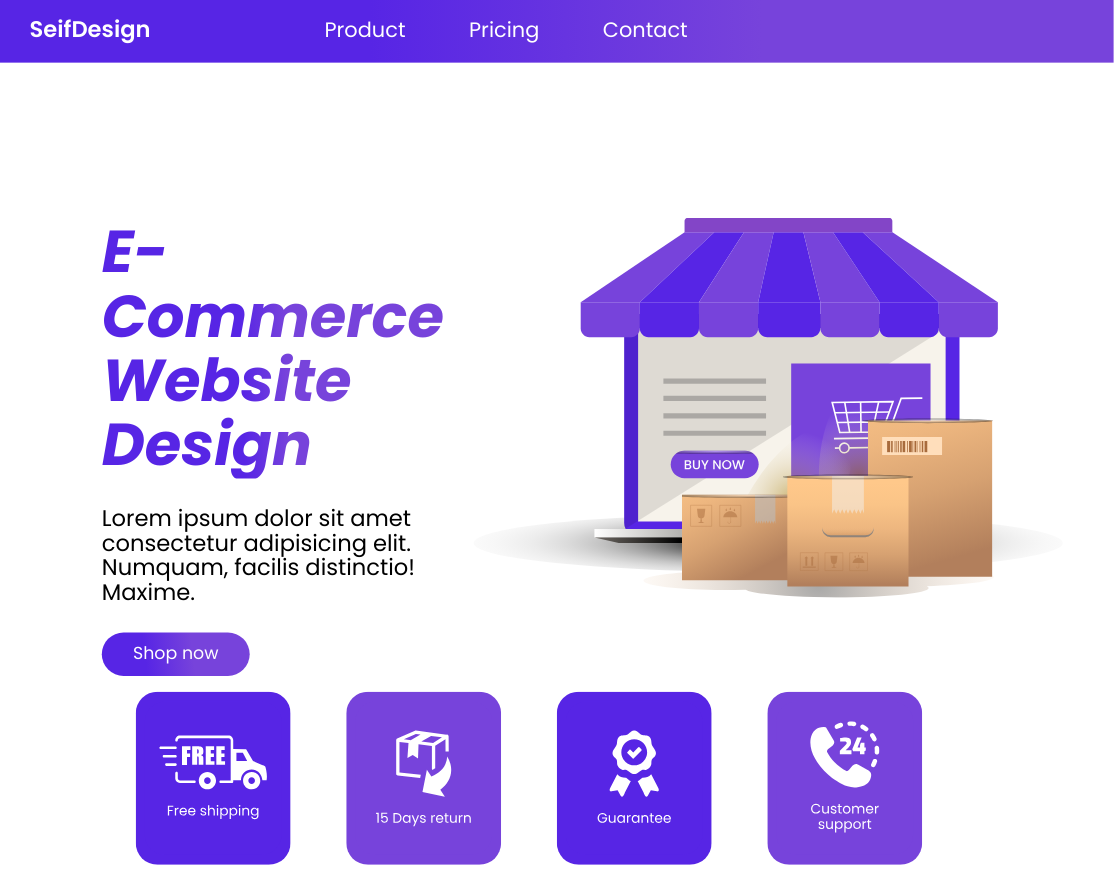
Repository: NatiqSamiyev/commers-desing-JS
Page: index.html
These files come from the project's save history. The page is drawn as it stood at one moment and after a run of saves; the edit follows.
The browser window is 1280 px wide. The pictures show the whole page, at 87% of full size.
Some web fonts or font styles are not loaded; a fallback is used.

Above is the page before, as saved 2023-11-06 11:24:24.

After the next 2 saves:
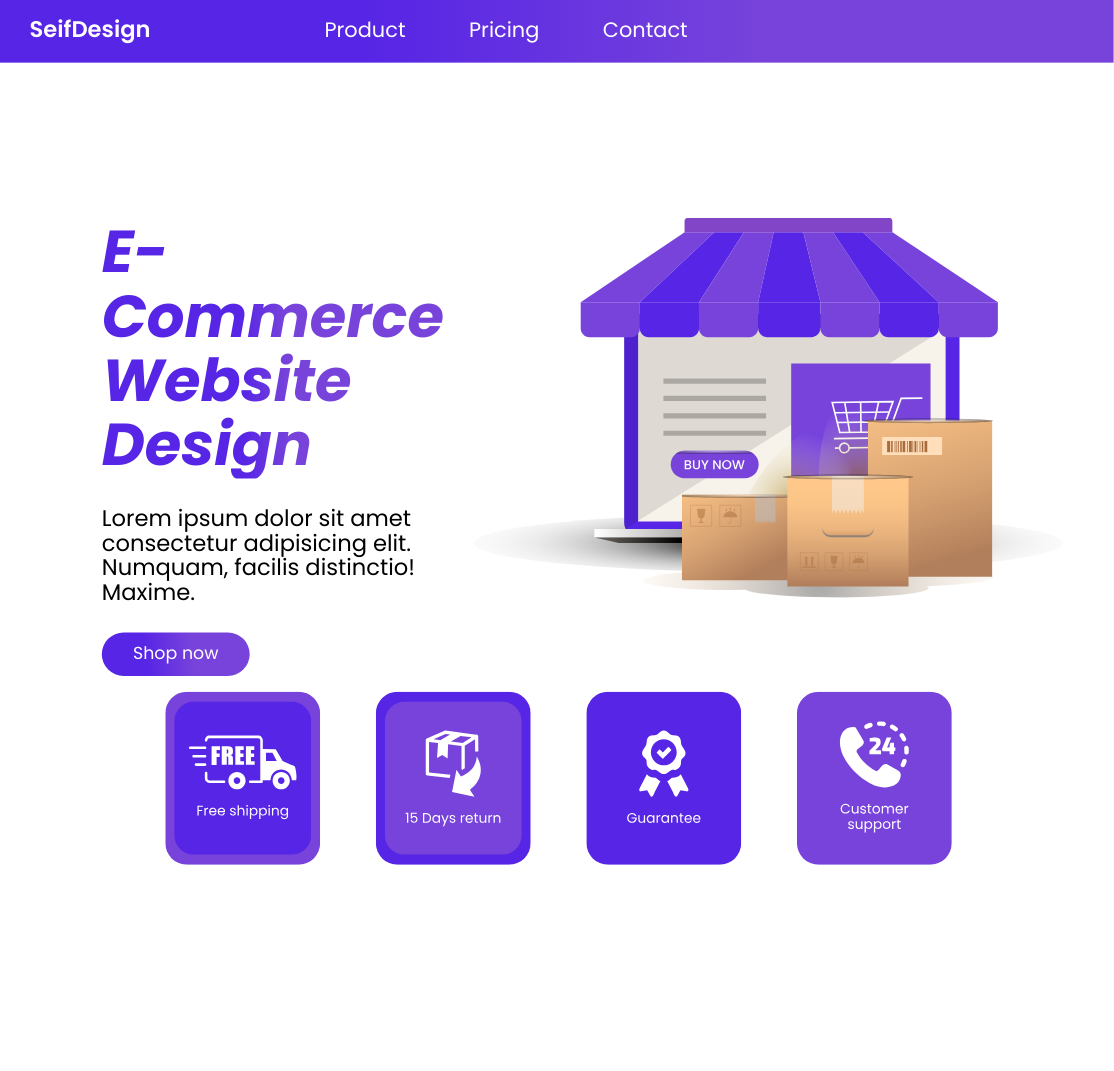
The 2 saves are shown as one change because they came seconds apart.
The last was saved 109 s later.
--- a/index.html
+++ b/index.html
@@ -46,6 +46,9 @@
       </main>
 
       <div class="bottom-container">
+        <div class="box-1">
+
+        </div>
         <img src="./image/Frame 12.svg" alt="" />
         <img src="./image/Frame 11.svg" alt="" />
         <img src="./image/Frame 10.svg" alt="" />
